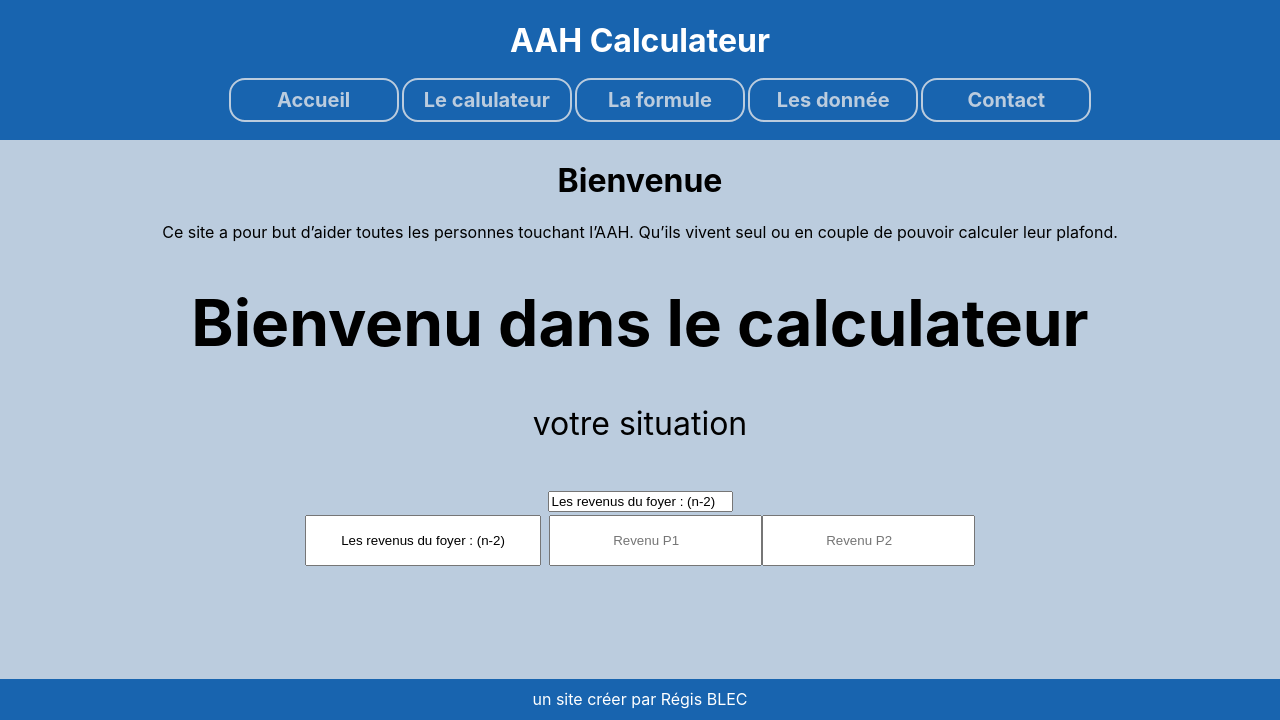
Repository: Cide74/calculateur-aah
Page: /
The author's editor kept a copy of each file at every save. The page is drawn from the files as they stood at one save, then again after a run of saves.
The browser window is 1280 px wide. The pictures show the whole page.
The project was rebuilt for these pictures with package versions that can differ from the ones it lists, and the page was loaded fresh each time.

Above is the page before, as saved 2021-04-05 17:47:42.

After the next 2 saves:
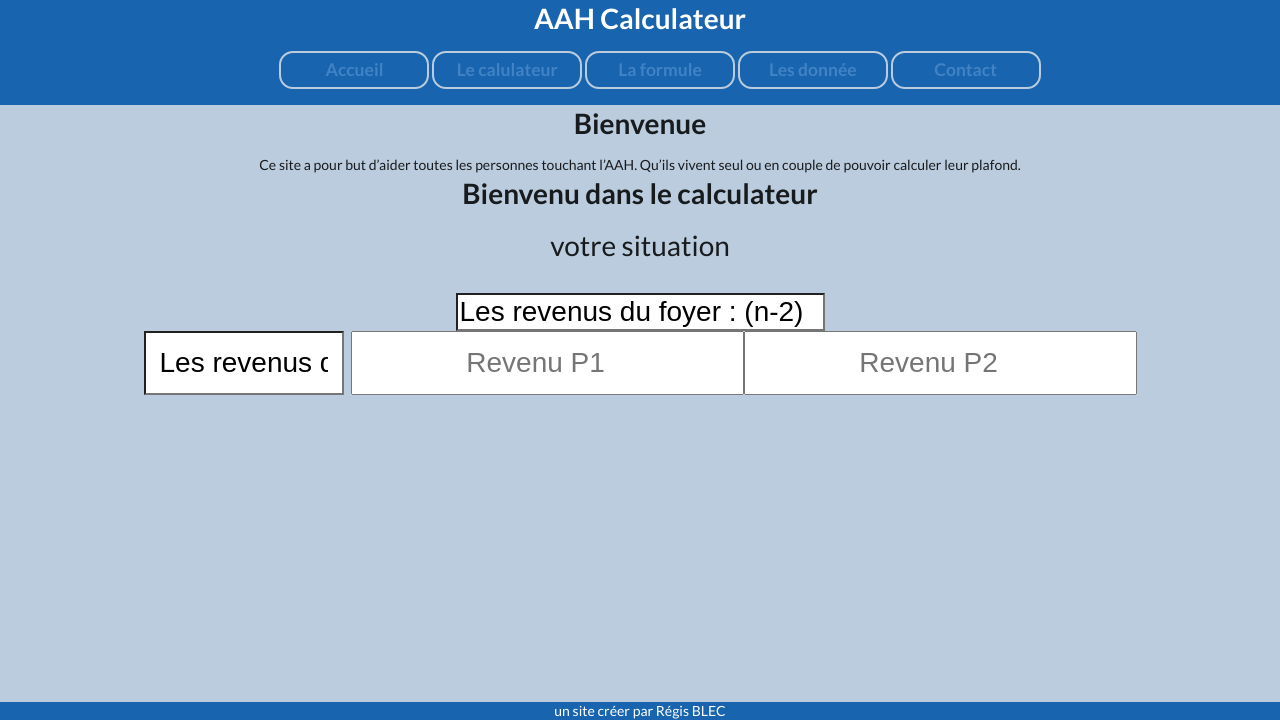
The 2 saves are shown as one change because they came seconds apart.
The last was saved 3 min 8 s later.
--- a/src/components/Calculator/Calculator.js
+++ b/src/components/Calculator/Calculator.js
@@ -2,6 +2,7 @@
 
 
 import './Calculator.scss';
+import 'semantic-ui-css/semantic.min.css'
 
 export default function Calculator() {
 

After the 6 saves that followed:
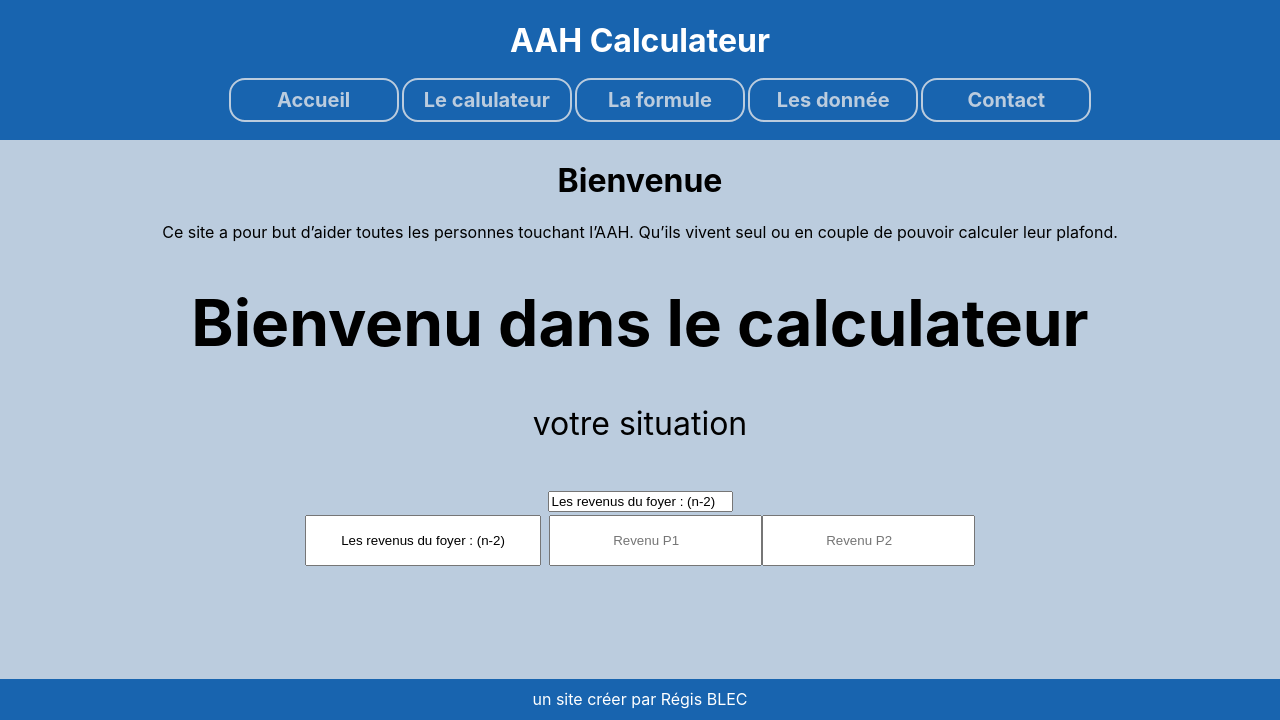
The 6 saves are shown as one change because 3 did not build or start and 1 left the picture as it was and some came seconds apart.
The last was saved 3 min 49 s later.
--- a/src/components/Calculator/Calculator.js
+++ b/src/components/Calculator/Calculator.js
@@ -1,11 +1,15 @@
 import React from 'react';
-
+import { Radio } from 'semantic-ui-react'
 
 import './Calculator.scss';
-import 'semantic-ui-css/semantic.min.css'
 
 export default function Calculator() {
 
+
+
+
+
+const RadioExampleToggle = () => <Radio toggle />
 
 
 
